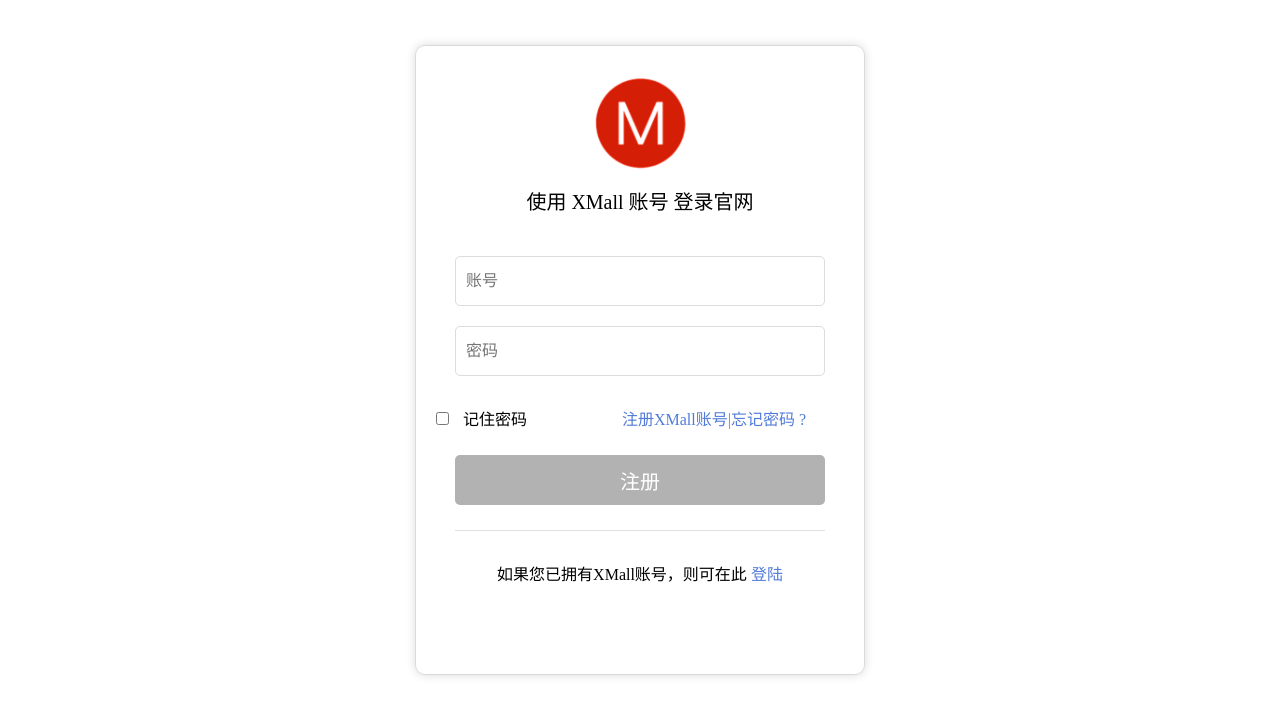
Repository: dingqihui1997/xmall-demo
Page: /signin
These files come from the project's save history. The page is drawn as it stood at one moment and after the next save; the edit follows.
The browser window is 1280 px wide. The pictures show the whole page.
The project was rebuilt for these pictures with package versions that can differ from the ones it lists, and the page was loaded fresh each time. Also part of the build but not shown: vue.config.js, src/views/Home.vue.

Above is the page before, as saved 2021-06-29 17:47:01.

### src/main.js
import Vue from 'vue'
import App from './App.vue'
import router from './router'
import store from './store'
import ElementUI from 'element-ui';
import 'element-ui/lib/theme-chalk/index.css';
Vue.use(ElementUI);
Vue.config.productionTip = false

new Vue({
  router,
  store,
  render: h => h(App)
}).$mount('#app')

### src/App.vue
<template>
  <div id="app">
    <router-view />
  </div>
</template>

<style lang="scss">
@import "./styles/common";
@import "./styles/ui";
</style>

### src/router/index.js
import Vue from 'vue'
import VueRouter from 'vue-router'
import Home from '../views/Home.vue'

Vue.use(VueRouter)

const routes = [
  {
    path: '/',
    name: 'Home',
    component: Home
  },
  {//登录
    path: '/signin',
    name: 'Signin',
    component: () => import('../components/signin/Signin.vue')
  },
  {//注册
    path: '/register',
    name: 'Register',
    component: () => import('../components/register/Register.vue')
  },


]

const router = new VueRouter({
  mode: 'history',
  base: process.env.BASE_URL,
  routes
})

export default router

### src/styles/common.scss
 * {
     margin: 0;
     padding: 0;
 }

 .center {
     //居中显示
     margin: auto;
     position: absolute;
     top: 0;
     bottom: 0;
     left: 0;
     right: 0;
 }

 * {
     box-sizing: border-box;
 }

 .wi100 {
     width: 100%;
 }

 .hei100 {
     height: 100%;
 }

 .pflex {
     position: fixed;
     /* 固定定位 */
 }

 .flex {
     display: flex;
 }

 .flex-wrap {
     /* 子元素换行排列 */
     display: flex;
     flex-wrap: wrap;
     align-items: center;
 }

 .flex-j {
     display: flex;
     justify-content: center;
     /* 水平方向居中 */
 }

 .flex-a {
     display: flex;
     align-items: center;
     /* 垂直方向居中 */
 }

 .flex-ja {
     /* felx-ja 垂直水平方向居中 */
     display: flex;
     align-items: center;
     justify-content: center;
 }

 .flex-sb {
     /* flex-sb 子元素两边排列 */
     display: flex;
     justify-content: space-between;
 }

 .flex-sba {
     /* flex-sb 子元素两边排列 bing居中 */
     display: flex;
     justify-content: space-between;
     align-items: center;
 }

 .flex-d {
     /* z子元素竖向排列 */
     display: flex;
     flex-direction: column;
 }

 .flex-di {
     /* 子元素竖向排列并居中 */
     display: flex;
     flex-direction: column;
     align-items: center;
 }

 .flex-dj {
     /* 子元素竖向排列并居中 */
     display: flex;
     flex-direction: column;
 }

 .flex-dji {
     /* 子元素竖向排列并水平垂直居中 */
     display: flex;
     flex-direction: column;
     align-items: center;
     justify-content: center;
 }

 .pad-t10 {
     padding-top: 10px;
 }

 .pad-t15 {
     padding-top: 15px;
 }

 .margin-r55 {
     margin-right: 55px;
 }

 .marginauto {
     margin: 0 auto;
 }

 .img100 {
     width: 100%;
     height: 100%;
 }

 .img50 {
     width: 50%;
     height: 50%;
 }

 .imgh100 {
     height: 100%;
 }

 .img45 {
     width: 45%;
     height: 45%;
 }

 .img80 {
     width: 80%;
     height: 80%;
 }

 .font20 {
     font-size: 20px;
 }

 .font18 {
     font-size: 18px;
 }

 .font16 {
     font-size: 16px;
 }

 .font14 {
     font-size: 14px;
 }

 .font12 {
     font-size: 12px;
 }

 .flex1 {
     flex: 1;
 }

 .flex2 {
     flex: 1.5;
 }

 .color30 {
     color: #000000;
 }

 .color3f {
     /* 白色 */
     color: #fff;
 }

 .margin-t10 {
     margin-top: 10px;
 }

 .margin-t5 {
     margin-top: 5px;
 }

 .margin-t20 {
     margin-top: 20px;
 }

 .margin-r5 {
     margin-right: 5px;
 }

 .margin-r15 {
     margin-right: 15px;
 }

 .margin-r10 {
     margin-right: 10px;
 }

 .margin-r20 {
     margin-right: 20px;
 }

 .margin-r30 {
     margin-right: 30px;
 }

 .margin-l10 {
     margin-left: 10px;
 }

 .margin-l20 {
     margin-left: 20px;
 }

 .margin-b10 {
     margin-bottom: 10px;
 }

 .text-de {
     /* 有下划线 */
     text-decoration: underline;
 }

 .text-li {
     text-decoration: line-through;
     /* 删除线 */
 }

 .font-w7 {
     /* 加粗 */
     font-weight: 700;
 }

 .fontstyle-i {
     /* 斜体 */
     font-style: italic;
 }

 .shuoming {
     position: relative;
     top: 55px
 }

 .textr {
     text-align: right;
 }

### src/styles/ui.scss
.login {
    .el-input__inner {
        width: 370px;
        height: 50px;
    }

    .el-input__suffix {
        position: absolute;
        right: 50px;
    }

    .el-input {
        position: relative;
    }
}

### src/components/signin/Signin.vue
<template>
  <!-- 登录页面 -->
  <div class="one">
    <div class="box center flex-d login">
      <div class="top">
        <div class="flex-ja"><img src="../../assets/log1.png" alt="" /></div>
        <div class="flex-ja">使用 XMall 账号 登录官网</div>
      </div>
      <!-- 账号 -->
      <div class="flex-ja name">
        <input type="text" placeholder="账号" class="ipt" v-model="username" />
      </div>
      <!-- 密码 -->
      <div class="flex-ja name">
        <input
          type="password"
          placeholder="密码"
          class="ipt"
          v-model="password"
        />
      </div>
      <div class="flex-sb choice">
        <div>
          <input type="checkbox" class="inpt" v-model="checked" /> 记住密码
        </div>
        <div><span>注册XMall账号|</span><span>忘记密码 ?</span></div>
      </div>
      <div class="flex-ja regis">
        <!-- 动态绑定属性，最先是true禁用状态 -->
        <button
          :disabled="flag"
          :class="{ back: flag === false }"
          @click="goto"
        >
          注册
        </button>
      </div>
      <div class="flex-ja">
        <div class="bottom flex-ja">
          如果您已拥有XMall账号，则可在此<span>&nbsp;登陆</span>
        </div>
      </div>
    </div>
  </div>
</template>

<script>
import axios from "axios";
export default {
  name: "",
  props: {},
  data() {
    return {
      username: "",
      password: "",
      Repeat: "",
      flag: true, //最开始禁用按钮
      checked: false,
    };
  },
  components: {},
  methods: {
    goto() {
      if (this.checked === false) {
        this.$message.error("您未勾选同意我们的相关注册协议");
      }
      if (this.password !== this.Repeat) {
        this.$message.error("两次输入的密码不相同");
      }
      if (this.password === this.Repeat && this.checked === true) {
        axios
          .post("/api/users/register", {
            username: this.username,
            password: this.password,
          })
          .then((res) => {
            console.log(res);
          })
          .catch((err) => {
            console.log("请求失败", err);
          });
      }
    },
  },
  mounted() {},
  computed: {},
  watch: {
    username(val) {
      this.username = val;
    },
    password(val) {
      this.password = val;
    },
    Repeat(val) {
      //账号和密码都输入了内容后，然后就不禁用button
      this.Repeat = val;
      if (this.username !== "" && this.password !== "" && val !== "") {
        this.flag = false;
        // console.log(val);
      } else {
        this.flag = true;
      }
    },
  },
};
</script>

<style lang='scss' scoped>
.box {
  width: 450px;
  height: 630px;
  border: 1px solid #dadada;
  border-radius: 10px;
  box-shadow: 0 0 10px #dadada;
}
.one {
  height: 100vh;
}
.top {
  height: 200px;
  font-size: 20px;
  //   margin-bottom: 35px;
  padding-top: 25px;
}
.top img {
  margin-bottom: 10px;
}
.ipt {
  width: 370px;
  height: 50px;
  outline: none;
  border: 1px #dcdcdc solid;
  border-radius: 5px;
  padding-left: 10px;
  font-size: 16px;
}
button {
  margin: 25px 0px;
  width: 370px;
  height: 50px;
  border-radius: 5px;
  border: none;
  color: #fff;
  font-size: 20px;
  background-color: #b2b2b2; //最开始设置成灰色背景颜色
}

span {
  color: #527bd9;
}

.name {
  margin-top: 10px;
  margin-bottom: 10px;
  text-align: center;
}
.choice {
  margin-top: 20px;
  width: 370px;
  position: relative;
  left: 20px;
}
.regis {
  padding: 0 35px;
}
.inpt {
  margin-right: 10px;
}
.bottom {
  width: 370px;
  border-top: 1px #e0e0df solid;
  padding: 30px 0;
}
.back {
  background-color: #5f86e4; //当按钮不禁用的时候就显示蓝色，然后添加hover的效果
  &:hover {
    background-color: #6283cf;
  }
}
</style>

Loaded but not shown: public/index.html (common file); src/store/index.js (common file)

After the next save:
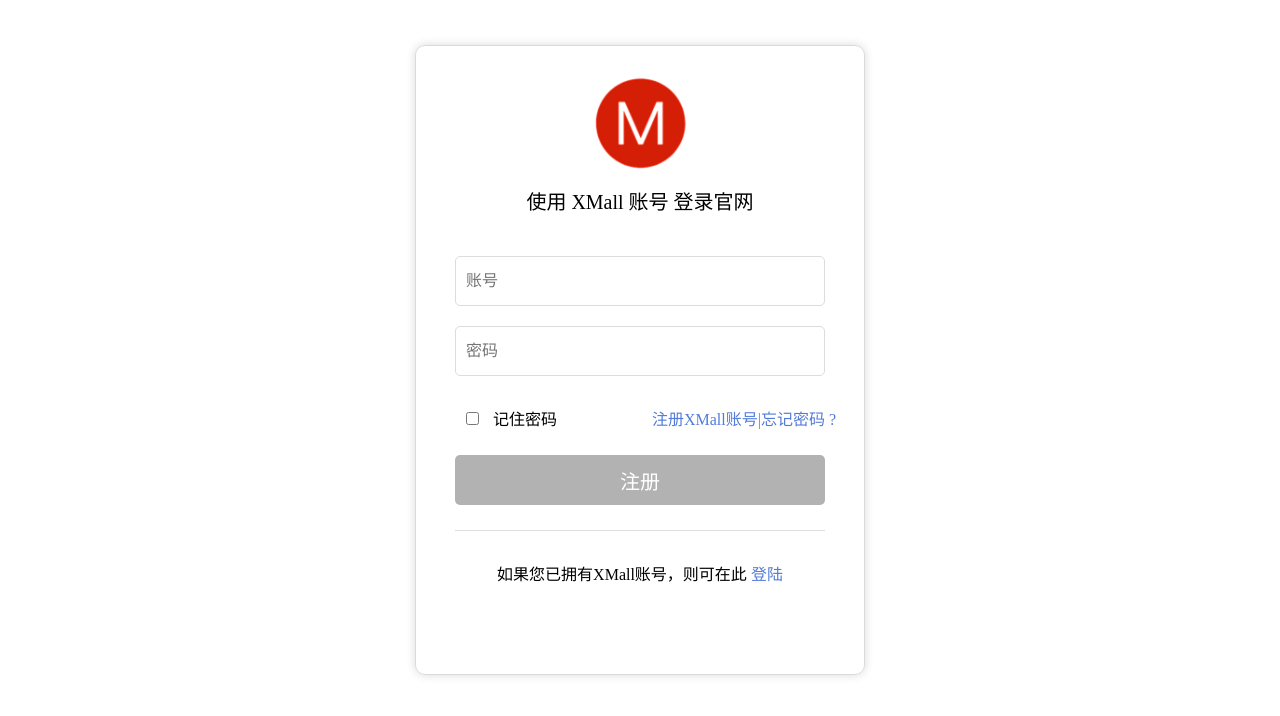
Saved 5 s later.
--- a/src/components/signin/Signin.vue
+++ b/src/components/signin/Signin.vue
@@ -158,7 +158,7 @@
   margin-top: 20px;
   width: 370px;
   position: relative;
-  left: 20px;
+  left: 50px;
 }
 .regis {
   padding: 0 35px;
